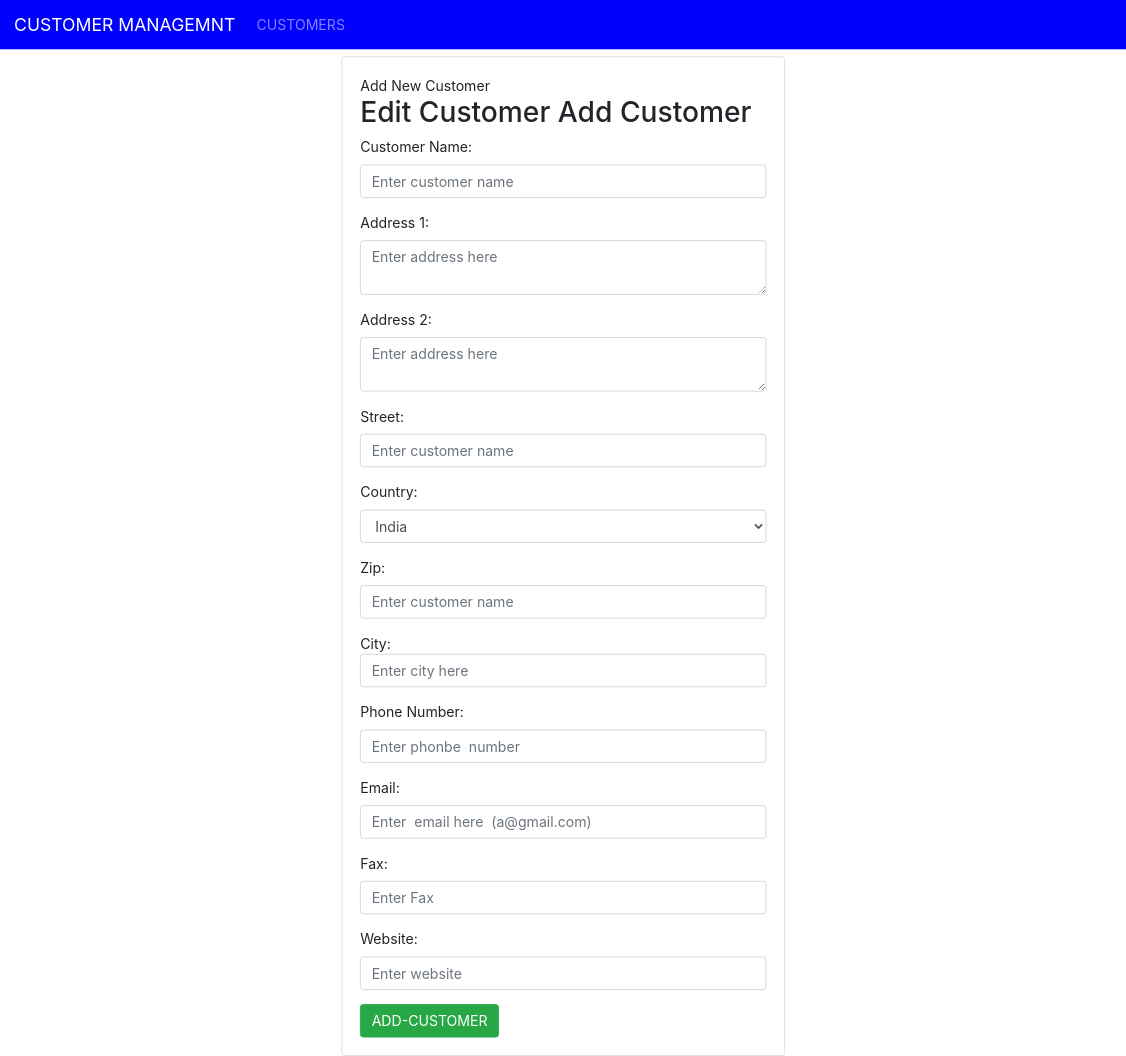
Repository: shruti-2522/webdirekt-assignment
Page: http://localhost/Customer-Project/customer-form.jsp
The author's editor kept a copy of each file at every save. The page is drawn from the files as they stood at one save, then again after a run of saves.
The browser window is 1280 px wide. The pictures show the whole page, at 88% of full size.
The page is served by Tomcat 9. Other server files are loaded and not shown. The template is opened directly, without the code that normally fills it, so the values that code supplies are empty.

Above is the page before, as saved 2021-07-05 11:10:18.

### Customer-Project/src/main/webapp/customer-form.jsp
<%@ page language="java" contentType="text/html; charset=ISO-8859-1"
	pageEncoding="ISO-8859-1"%>
<!DOCTYPE html>
<html>
<head>
<meta charset="ISO-8859-1">
<title>Add Customer</title>
<link rel="stylesheet"
	href="https://cdn.jsdelivr.net/npm/bootstrap@4.5.3/dist/css/bootstrap.min.css"
	integrity="sha384-TX8t27EcRE3e/ihU7zmQxVncDAy5uIKz4rEkgIXeMed4M0jlfIDPvg6uqKI2xXr2"
	crossorigin="anonymous">
</head>
<body>

	<header>
		<nav class="navbar navbar-expand-md navbar-dark"
			style="background-color: blue">
			<div>
				<a class="navbar-brand">CUSTOMER MANAGEMNT</a>
			</div>

			<ul class="navbar-nav">
				<li><a href="<%=request.getContextPath()%>/list"
					class="nav-link">CUSTOMERS</a></li>
			</ul>
		</nav>


	</header>



	<div class="container col-md-5 mt-2">
		<div class="card">
			<div class="card-body">



				<c:if test="{customer!=null}">
<form method="post" action="update"></form>
  </c:if>

				<c:if test="{customer==null}">
	Add New Customer
  </c:if>

				<caption>
					<h2>

						<c:if test="{customer!=null}">
	Edit Customer
  </c:if>

						<c:if test="{customer==null}">
	Add Customer
  </c:if>

					</h2>
				</caption>

				<c:if test="{customer!=null}">
					<input type="hidden" id="id" value="<c:out value='${customer.id}'">
				</c:if>



				<fieldset class="form-group">
					<label>Customer Name:</label> <input type="text"
						class="form-control" placeholder="Enter customer name" name="name"
						required>
				</fieldset>


				<fieldset class="form-group">
					<label>Address 1:</label>
					<textarea class="form-control" name="addr1"
						placeholder="Enter address here"></textarea>
				</fieldset>



				<fieldset class="form-group">
					<label>Address 2:</label>
					<textarea class="form-control" name="addr2"
						placeholder="Enter address here"></textarea>
				</fieldset>

				<fieldset class="form-group">
					<label>Street:</label> <input type="text" class="form-control"
						placeholder="Enter customer name" name="street">
				</fieldset>


				<fieldset class="form-group">
					<label>Country:</label> <select name="country" class="form-control">
						<option>India</option>
						<option>America</option>
						<option>Chin</option>
						<option>Other</option>
					</select>
				</fieldset>

				<fieldset class="form-group">
					<label>Zip:</label> <input type="number" class="form-control"
						placeholder="Enter customer name" name="zip">
				</fieldset>


				<fieldset class="form-group">
					<labell>City:</label> <input type="text" class="form-control"
						placeholder="Enter city here" name="city">
				</fieldset>

				<fieldset class="form-group">
					<label>Phone Number:</label> <input type="number"
						class="form-control" placeholder="Enter phonbe  number"
						name="phone">
				</fieldset>
				<fieldset class="form-group">
					<label>Email:</label> <input type="number" class="form-control"
						placeholder="Enter  email here  (a@gmail.com)" name="email">
				</fieldset>

				<fieldset class="form-group">
					<label>Fax:</label> <input type="number" class="form-control"
						placeholder="Enter Fax" name="fax">
				</fieldset>
				<fieldset class="form-group">
					<label>Website:</label> <input type="text" class="form-control"
						placeholder="Enter website" name="web">
				</fieldset>



				<button type="submit" class="btn  btn-success  ">ADD-CUSTOMER</button>
			</div>

		</div>
	</div>




</body>
</html>

After the next 2 saves:
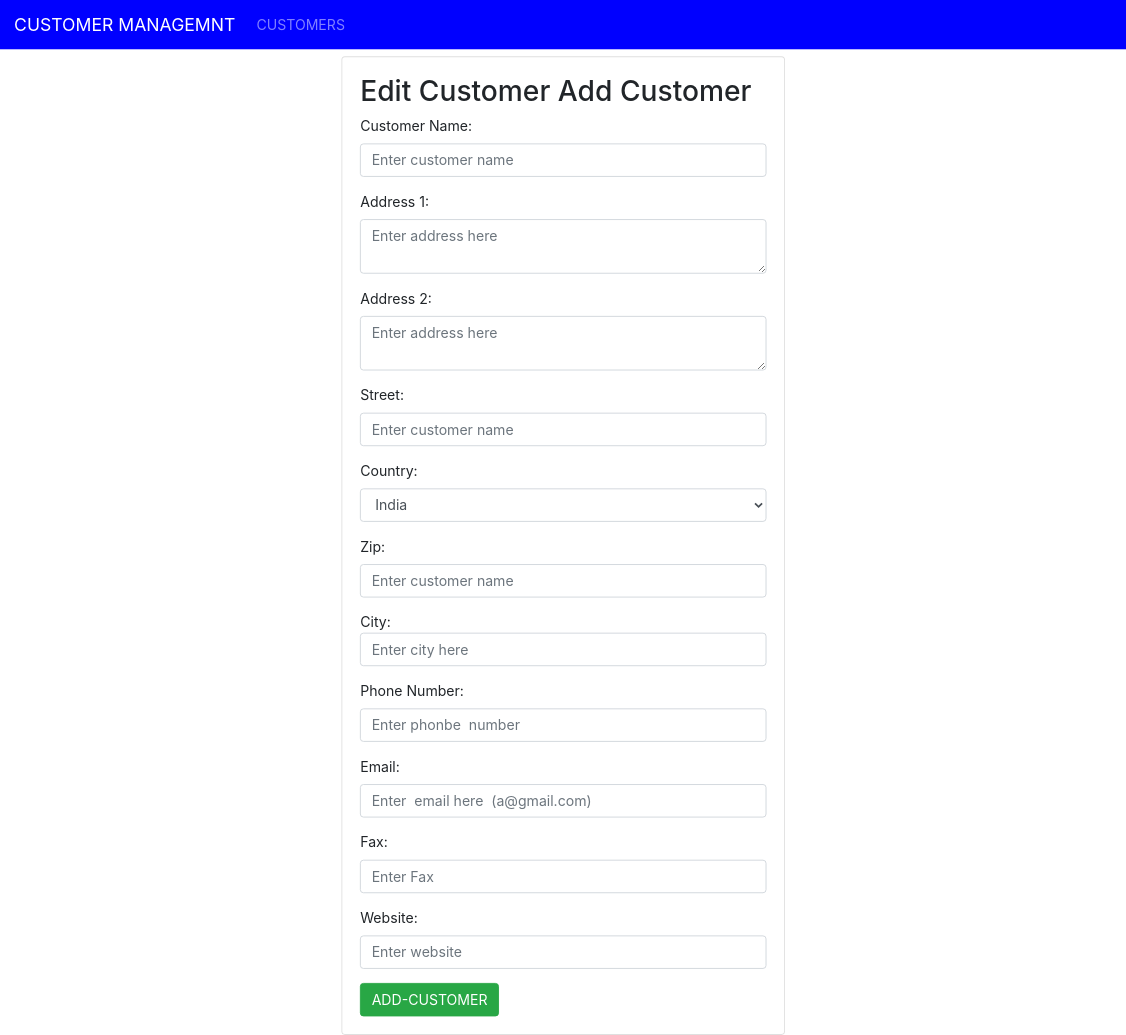
The 2 saves are shown as one change because they came seconds apart.
The last was saved 22 s later.
--- a/Customer-Project/src/main/webapp/customer-form.jsp
+++ b/Customer-Project/src/main/webapp/customer-form.jsp
@@ -37,12 +37,12 @@
 
 
 				<c:if test="{customer!=null}">
-<form method="post" action="update"></form>
-  </c:if>
+					<form method="post" action="update">
+				</c:if>
 
 				<c:if test="{customer==null}">
-	Add New Customer
-  </c:if>
+					<form method="post" action="new">
+				</c:if>
 
 				<caption>
 					<h2>
